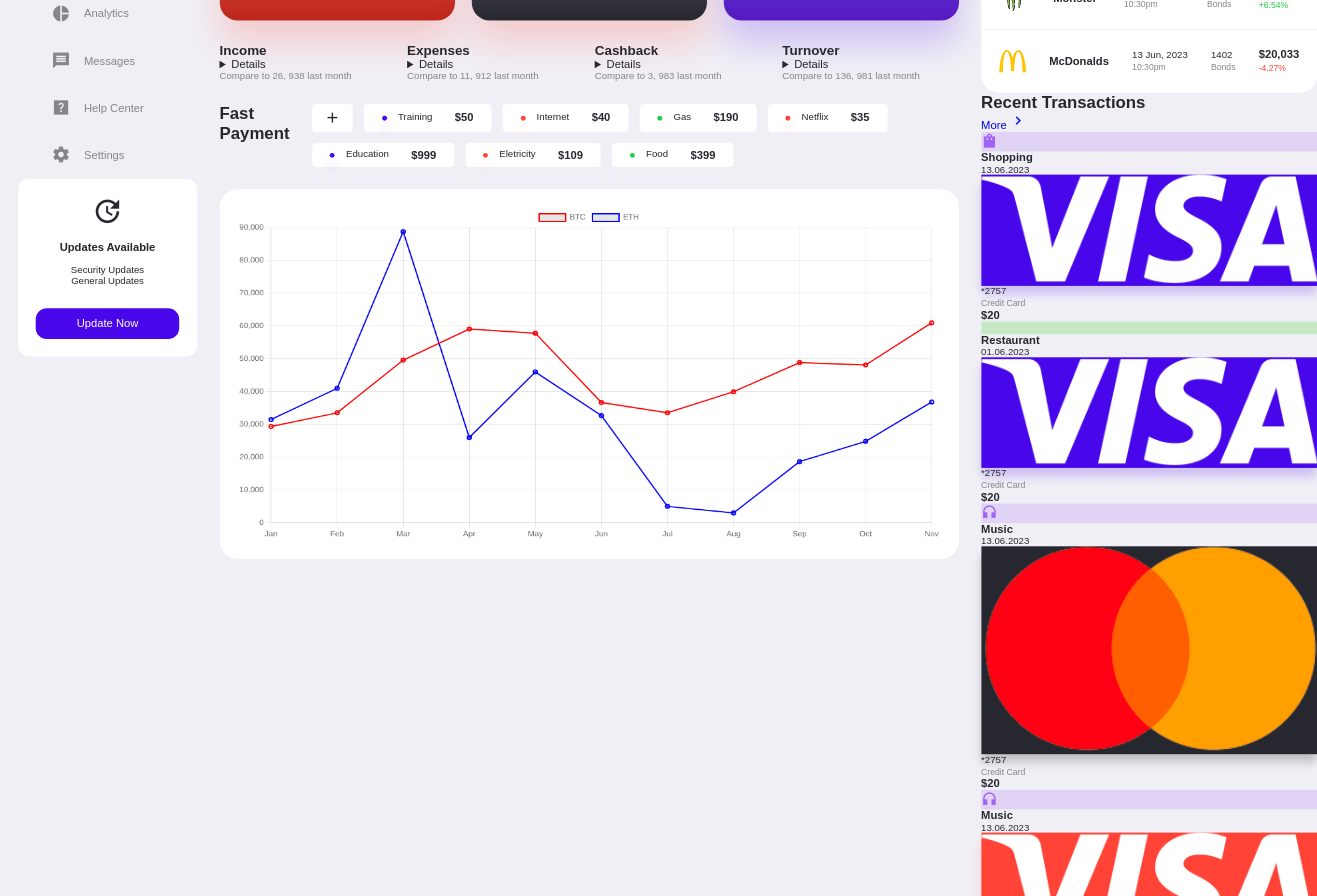
Repository: eziocdl/Admin_Dash
Page: index.html
These files come from the project's save history. The page is drawn as it stood at one moment and after the next save; the edit follows.
The browser window is 1280 px wide. The page is 1882 px wide, so the pictures cover 1882 px, including what lies to the right of the window. The pictures show the part of the page from y = 378 to 1658 px (the page is 2383 px tall before and 2522 px after), at 70% of full size.
Some web libraries are served in a nearby version.

Above is the page before, as saved 2023-06-15 13:40:24.

### index.html
<!DOCTYPE html>
<html lang="pt-BR">
<head>
    <meta charset="UTF-8">
    <meta http-equiv="X-UA-Compatible" content="IE=edge">
    <meta name="viewport" content="width=device-width, initial-scale=1.0">
    <title>DashBoard Responsiva</title>
    <!--MATERIAL ICONS CDN-->
    <link href="https://fonts.googleapis.com/icon?family=Material+Icons+Sharp" rel="stylesheet">
    <!--GOOGLE FONTES (POPPINS)-->
    <link rel="preconnect" href="https://fonts.googleapis.com">
<link rel="preconnect" href="https://fonts.gstatic.com" crossorigin>
<link href="https://fonts.googleapis.com/css2?family=Poppins:wght@300;400;500;600;700&display=swap"
   rel="stylesheet">
    <!--STYLESHEET-->
<link rel="stylesheet" href="style.css">
</head>
<body>
    <!--NAVEGACAO-->
    <nav>
        <div class="container">
            <img src="./images/logo.png" class="logo">
            <div class="search-bar">
                <span class="material-icons-sharp">search</span>
                <input type="search" placeholder="Search">
            </div>
            <div class="profile-area">
                <div class="theme-btn">
                    <span class="material-icons-sharp active">light_mode</span>
                    <span class="material-icons-sharp">dark_mode</span>
            </div>
            <div class="profile">
                    <div class="profile-photo">
                        <img src="./images/profile-1.jpg">
                    </div>
                    <h5>Asgard</h5>
                    <span class="material-icons-sharp">expand_more</span>
            </div>
            <button id="menu-btn">
                    <span class="material-icons-sharp">menu</span>
                </button>

            </div>

        </div>
    </nav>
    <!--FINAL DA NAVEGACAO-->

    <main>
        <aside>
            <button id="close-btn">
                <span class="material-icons-sharp">close</span>

            </button>

            <div class="sidebar">
                <a href="#" class="active">
                    <span class="material-icons-sharp">dashboard</span>
                    <h4>Dashboard</h4>
                </a>

                <a href="#">
                    <span class="material-icons-sharp">currency_exchange</span>
                    <h4>Exchange</h4>
                </a>

                <a href="#">
                    <span class="material-icons-sharp">account_balance_wallet</span>
                    <h4>Wallet</h4>
                </a>

                <a href="#">
                    <span class="material-icons-sharp">payment</span>
                    <h4>Transactions</h4>
                </a>

                <a href="#">
                    <span class="material-icons-sharp">pie_chart</span>
                    <h4>Analytics</h4>
                </a>

                <a href="#">
                    <span class="material-icons-sharp">message</span>
                    <h4>Messages</h4>
                </a>

                <a href="#">
                    <span class="material-icons-sharp">help_center</span>
                    <h4>Help Center</h4>
                </a>

                <a href="#">
                    <span class="material-icons-sharp">settings</span>
                    <h4>Settings</h4>
                </a>
            </div>
            <!------------------FINAL DO SIDEBAR------------------------------------------------>
            <div class="updates">
                <span class="material-icons-sharp">update</span>
                    <h4>Updates Available</h4>
                    <p>Security Updates</p>
                    <p>General Updates</p>
                    <a href="#">Update Now</a>
            </div>
        </aside>
        <!--FINAL DO ASIDE-->

        <section class="middle">
            <div class="header">
                <h1>Overview</h1>
                <input type="date">
            </div>

            <div class="cards">
                <div class="card">
                    <div class="top">
                        <div class="left">
                            <img src="./images/BTC.png">
                            <h2>BTC</h2>
                        </div>
                        <img src="./images/visa.png" class="right">
                    </div>

                    <div class="middle">
                             <h1>$827,199</h1>
                             <div class="chip">
                               <img src="./images/card chip.png">
                            </div>
                    </div>

                    <div class="bottom">
                        <div class="left">
                           <small>Card Holder</small>
                           <h5>JOHN DOE</h5>
                        </div>

                        <div class="right">
                            <div class="expiry">
                                <small>Expiry</small>
                                <h5>12/25</h5>
                            </div>
                            <div class="cvv">
                                <small>CVV</small>
                                <h5>123</h5>
                            </div>
                        </div>
                    </div>
                </div>
                <!-------------------FINAL DO CARTAO------------------------------------------------->
                <div class="card">
                    <div class="top">
                        <div class="left">
                            <img src="./images/ETH.png">
                            <h2>ETH</h2>
                        </div>
                        <img src="./images/master card.png" class="right">
                    </div>

                    <div class="middle">
                        <h1>$95,623</h1>
                        <div class="chip">
                            <img src="./images/card chip.png">
                        </div>
                    </div>

                    <div class="bottom">
                        <div class="left">
                           <small>Card Holder</small>
                           <h5>JOHN DOE</h5>
                        </div>

                        <div class="right">
                            <div class="expiry">
                                <small>Expiry</small>
                                <h5>05/27</h5>
                            </div>
                            <div class="cvv">
                                <small>CVV</small>
                                <h5>456</h5>
                            </div>
                        </div>
                    </div>
                </div>
                <!-------------------FINAL DO CARTAO 1------------------------------------------------->

                <div class="card">
                    <div class="top">
                        <div class="left">
                            <img src="./images/BTC.png">
                            <h2>BTC</h2>
                        </div>
                     <img src="./images/visa.png" class="right">
                    </div>

                    <div class="middle">
                        <h1>$74,384</h1>
                        <div class="chip">
                            <img src="./images/card chip.png">
                        </div>

                    </div>

                    <div class="bottom">
                        <div class="left">
                           <small>Card Holder</small>
                           <h5>JOHN DOE</h5>
                        </div>

                        <div class="right">
                            <div class="expiry">
                                <small>Expiry</small>
                                <h5>08/24</h5>
                            </div>
                            <div class="cvv">
                                <small>CVV</small>
                                <h5>789</h5>
                            </div>
                        </div>
                    </div>
                </div>
                <!-------------------FINAL DO CARTAO 2------------------------------------------------->
            </div>

            <!-------------------FINAL DOS CARDS-------------------------------------------------->
            <div class="monthly-report">
                <div class="report">
                     <h3>Income</h3>
                     <div>
                        <details>
                            <h1>29,023</h1>
                            <h6 class="success">+3.5%</h6>
                        </details>
                        <p class="text-muted">Compare to 26,
                        938 last month</p>
                     </div>
                </div>
               <!-- END OF INCOME REPORT--->
                <div class="report">
                    <h3>Expenses</h3>
                    <div>
                       <details>
                           <h1>9,005</h1>
                           <h6 class="danger">-6.5%</h6>
                       </details>
                       <p class="text-muted">Compare to 11,
                       912 last month</p>
                    </div>
               </div>
               <!-- END OF EXPENSES REPORT --->
               <div class="report">
                     <h3>Cashback</h3>
                     <div>
                        <details>
                            <h1>4,7004</h1>
                            <h6 class="success">+7.5%</h6>
                        </details>
                        <p class="text-muted">Compare to 3,
                        983 last month</p>
                     </div>
                </div>
                <!-- END OF CASHBACK REPORT --->
                <div class="report">
                     <h3>Turnover</h3>
                     <div>
                        <details>
                            <h1>118,900</h1>
                            <h6 class="danger">+17.8%</h6>
                        </details>
                        <p class="text-muted">Compare to 136,
                        981 last month</p>
                     </div>
                </div>
                <!-- END OF TURNOVER REPORT --->
            </div>

            <!--END OF MONTLY REPORT-->
            <div class="fast-payment">
                 <h2>Fast Payment</h2>
                 <div class="badges">
                      <div class="badge">
                        <span class="material-icons-sharp">
                        add</span>
                      </div>
                      <div class="badge">
                           <span class="bg-primary"></span>
                           <div>
                              <h5>Training</h5>
                              <h4>$50</h4>
                           </div>
                      </div>
                       <div class="badge">
                           <span class="bg-danger"></span>
                           <div>
                              <h5>Internet</h5>
                              <h4>$40</h4>
                           </div>
                      </div>
                      <div class="badge">
                           <span class="bg-success"></span>
                           <div>
                              <h5>Gas</h5>
                              <h4>$190</h4>
                           </div>
                      </div>
                      <div class="badge">
                           <span class="bg-danger"></span>
                           <div>
                              <h5>Netflix</h5>
                              <h4>$35</h4>
                           </div>
                      </div>
                      <div class="badge">
                           <span class="bg-primary"></span>
                           <div>
                              <h5>Education</h5>
                              <h4>$999</h4>
                           </div>
                      </div>
                      <div class="badge">
                           <span class="bg-danger"></span>
                           <div>
                              <h5>Eletricity</h5>
                              <h4>$109</h4>
                           </div>
                      </div>
                      <div class="badge">
                           <span class="bg-success"></span>
                           <div>
                              <h5>Food</h5>
                              <h4>$399</h4>
                           </div>
                      </div>
                </div>
            </div>

            <!--END OF PAYMENT---------------->

            <canvas id="chart"></canvas>

        </section>
        <!--FINAL DO MIDDLE-->
        <section class="right">
            <div class="investments">
                <div class="header">
                    <h2>Investments</h2>
                    <a href="#">More <span class="material-icons-sharp">
                        chevron_right</span></a>
                </div>

                <div class="investment">
                        <img src="./images/uniliver.png">
                        <h4>Uniliver</h4>
                        <div class="date-time">
                          <p>13 Jun, 2023</p>
                          <small class="text-muted">10:30pm</small>
                        </div>
                        <div class="bonds">
                              <p>1402</p>
                              <small class="text-muted">Bonds</small>
                        </div>
                        <div class="amount">
                              <h4>$20,033</h4>
                              <small class="success">+8.27%</small>
                        </div>
                    </div>
                    <!--END OF INVESTIMENT-->
                    <div class="investment">
                        <img src="./images/tesla.png">
                        <h4>Tesla</h4>
                        <div class="date-time">
                            <p>13 Jun, 2023</p>
                            <small class="text-muted">10:30pm</small>
                        </div>
                        <div class="bonds">
                              <p>1402</p>
                              <small class="text-muted">Bonds</small>
                        </div>
                        <div class="amount">
                              <h4>$20,033</h4>
                              <small class="success">+36.09%</small>
                        </div>
                    </div>
                    <!--END OF INVESTIMENT-->
                    <div class="investment">
                            <img src="./images/monster.png">
                            <h4>Monster</h4>
                            <div class="date-time">
                              <p>13 Jun, 2023</p>
                              <small class="text-muted">10:30pm</small>
                            </div>
                            <div class="bonds">
                              <p>1402</p>
                              <small class="text-muted">Bonds</small>
                            </div>
                            <div class="amount">
                              <h4>$20,033</h4>
                              <small class="success">+6.54%</small>
                            </div>
                    </div>
                    <!--END OF INVESTIMENT-->
                    <div class="investment">
                        <img src="./images/mcdonalds.png">
                        <h4>McDonalds</h4>
                        <div class="date-time">
                          <p>13 Jun, 2023</p>
                          <small class="text-muted">10:30pm</small>
                        </div>
                        <div class="bonds">
                              <p>1402</p>
                              <small class="text-muted">Bonds</small>
                        </div>
                        <div class="amount">
                              <h4>$20,033</h4>
                              <small class="danger">-4.27%</small>
                        </div>
                    </div>
                    <!--END OF INVESTIMENTS-->
                 </div>
            </div>
            <!--END OF INVESTIMENTS-->

            <div class="recent-transations">
                <div class="header">
                    <h2>Recent Transactions</h2>
                    <a href="#">More <span class="material-icons-sharp">chevron_right</span></a>
                </div>

                <div class="transation">
                    <div class="service">
                        <div class="icon bg-purple-light">
                            <span class="material-icons-sharp purple">shopping_bag</span>
                        </div>
                        <div class="details">
                            <h4>Shopping</h4>
                            <p>13.06.2023</p>
                        </div>
                    </div>
                    <div class="card-details">
                        <div class="card bg-primary">
                            <img src="./images/visa.png">
                        </div>
                        <div class="details">
                            <P>*2757</P>
                             <small class="text-muted">Credit Card</small>
                        </div>
                    </div>
                    <h4>$20</h4>
                </div>
                <!--END OF RECENT TRANSATION-->
                <div class="transation">
                    <div class="service">
                        <div class="icon bg-success-light">
                            <span class="material-icons-sharp success"></span>
                        </div>
                        <div class="details">
                            <h4>Restaurant</h4>
                            <p>01.06.2023</p>
                        </div>
                    </div>
                    <div class="card-details">
                        <div class="card bg-primary">
                            <img src="./images/visa.png">
                        </div>
                        <div class="details">
                            <P>*2757</P>
                             <small class="text-muted">Credit Card</small>
                        </div>
                    </div>
                    <h4>$20</h4>
                </div>
                <!--END OF RECENT TRANSATION-->
                <div class="transation">
                    <div class="service">
                        <div class="icon bg-purple-light">
                            <span class="material-icons-sharp purple">headphones</span>
                        </div>
                        <div class="details">
                            <h4>Music</h4>
                            <p>13.06.2023</p>
                        </div>
                    </div>
                    <div class="card-details">
                        <div class="card bg-dark">
                            <img src="./images/master card.png">
                        </div>
                        <div class="details">
                            <P>*2757</P>
                             <small class="text-muted">Credit Card</small>
                        </div>
                    </div>
                    <h4>$20</h4>
                </div>
                <!--END OF RECENT TRANSATION-->
                <div class="transation">
                    <div class="service">
                        <div class="icon bg-purple-light">
                            <span class="material-icons-sharp purple">headphones</span>
                        </div>
                        <div class="details">
                            <h4>Music</h4>
                            <p>13.06.2023</p>
                        </div>
                    </div>
                    <div class="card-details">
                        <div class="card bg-danger">
                            <img src="./images/visa.png">
                        </div>
                        <div class="details">
                            <P>*2757</P>
                             <small class="text-muted">Credit Card</small>
                        </div>
                    </div>
                    <h4>$20</h4>
                </div>
                <!--END OF RECENT TRANSATION-->
                <div class="transation">
                    <div class="service">
                        <div class="icon bg-purple-light">
                            <span class="material-icons-sharp purple">headphones</span>
                        </div>
                        <div class="details">
                            <h4>Music</h4>
                            <p>13.06.2023</p>
                        </div>
                    </div>
                    <div class="card-details">
                        <div class="card bg-danger">
                            <img src="./images/visa.png">
                        </div>
                        <div class="details">
                            <P>*2757</P>
                             <small class="text-muted">Credit Card</small>
                        </div>
                    </div>
                    <h4>$20</h4>
                </div>
                <!--END OF RECENT TRANSATION-->
                <div class="transation">
                    <div class="service">
                        <div class="icon bg-purple-light">
                            <span class="material-icons-sharp purple">headphones</span>
                        </div>
                        <div class="details">
                            <h4>Music</h4>
                            <p>13.06.2023</p>
                        </div>
                    </div>
                    <div class="card-details">
                        <div class="card bg-danger">
                            <img src="./images/visa.png">
                        </div>
                        <div class="details">
                            <P>*2757</P>
                             <small class="text-muted">Credit Card</small>
                        </div>
                    </div>
                    <h4>$20</h4>
                </div>
                <!--END OF RECENT TRANSATION-->
            </div>
            <!-------------------------------END OF RECENT OF TRANSATION------------------------------------------------------------------>
        </section>
         <!--FINAL DO MIDDLE-->
    </main>
    <!--===========================FINAL DO ASIDE======================================================-->

    <script src="https://cdnjs.cloudflare.com/ajax/libs/Chart.js/3.6.0/chart.min.js"
     integrity="sha512-GMGzUEevhWh8Tc/njS0bDpwgxdCJLQBWG3Z2Ct+JGOpVnEmjvNx6ts4v6A2XJf1HOrtOsfhv3hBKpK9kE5z8AQ=="
     crossorigin="anonymous" referrerpolicy="no-referrer">
    </script>

    <script src="./main.js"></script>
</body>
</html>

Loaded but not shown: main.js (30 lines, source omitted); style.css (565 lines, source omitted)

After the next save:
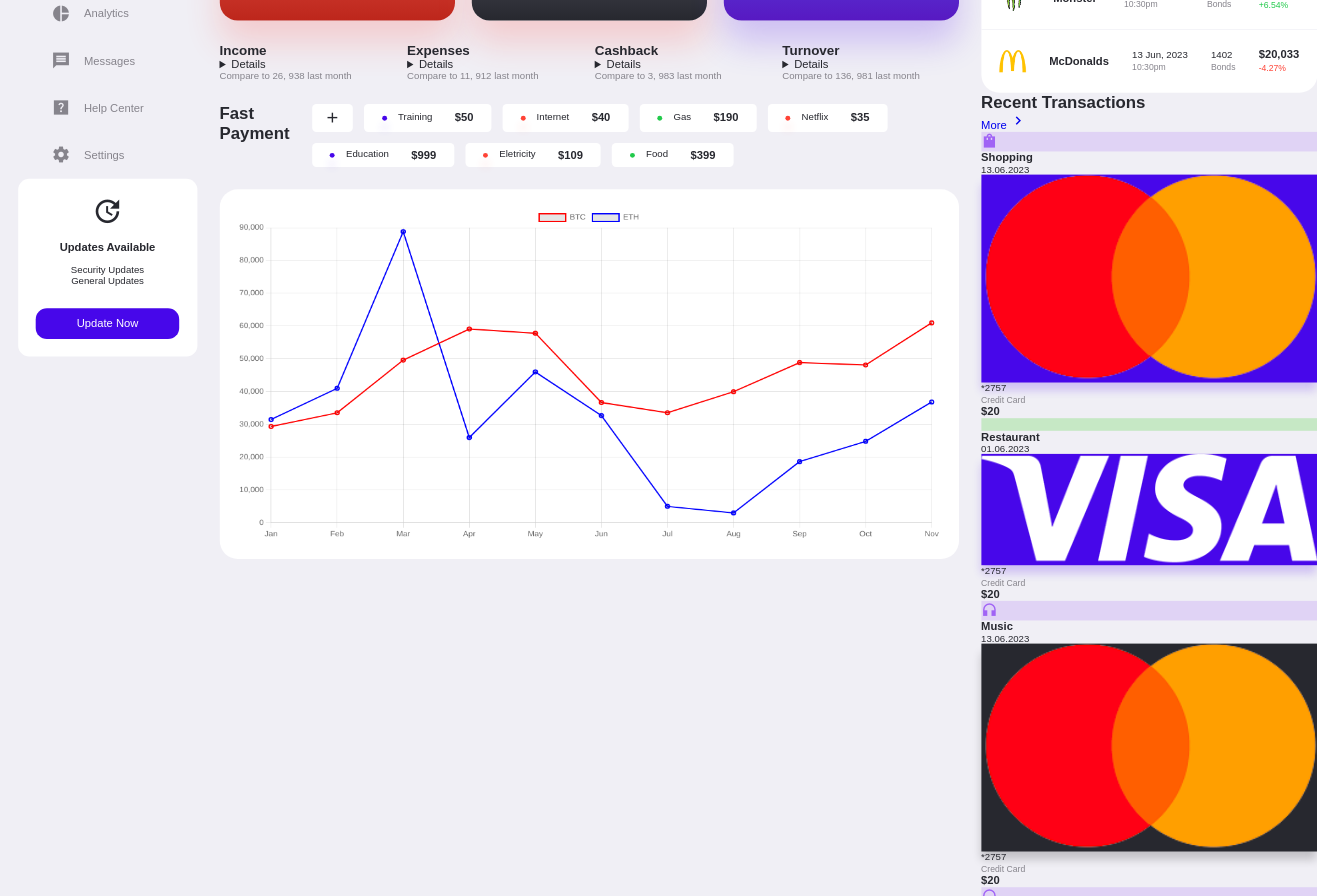
Saved 55 s later.
--- a/index.html
+++ b/index.html
@@ -437,7 +437,7 @@
                     </div>
                     <div class="card-details">
                         <div class="card bg-primary">
-                            <img src="./images/visa.png">
+                            <img src="./images/master card.png">
                         </div>
                         <div class="details">
                             <P>*2757</P>
